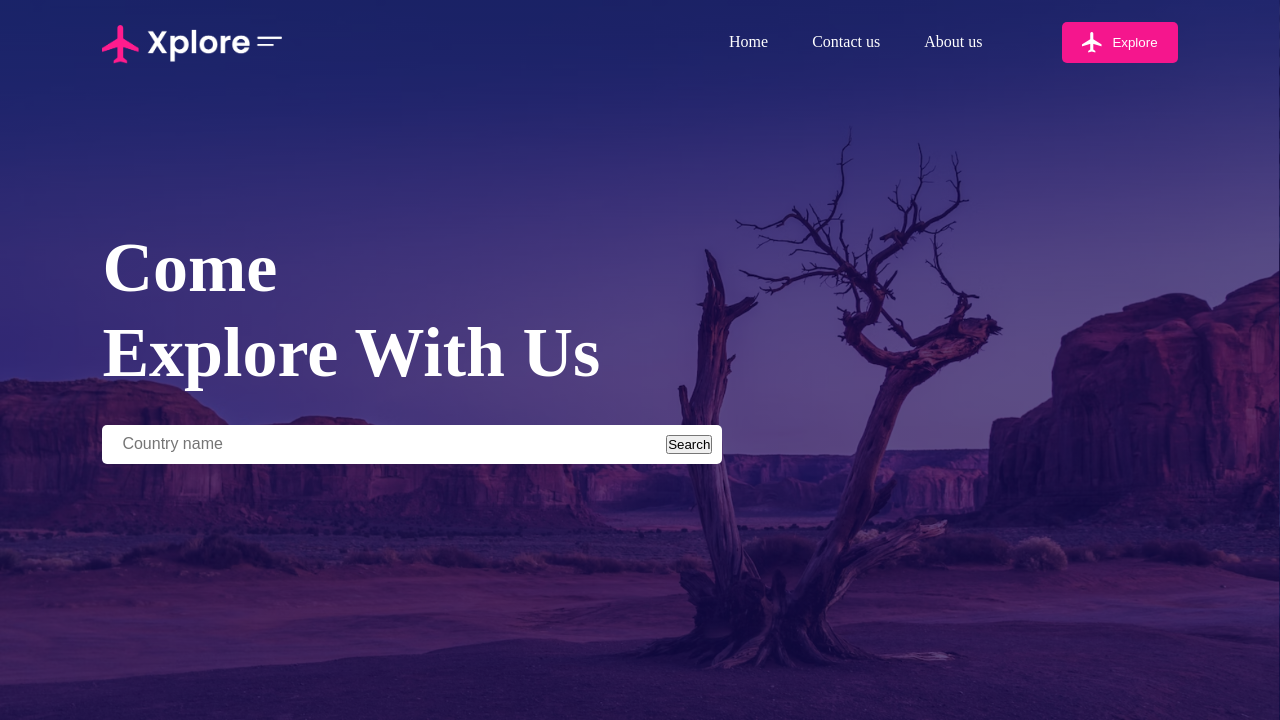
Repository: Aanchal26081/Task-2
Page: index.html
An editor plug-in stored every save of this project. The page is shown before and after the next save, followed by the edit.
The browser window is 1280 px wide. The pictures show the whole page.

Above is the page before, as saved 2024-06-03 10:04:00.

### index.html
<!DOCTYPE html>
<html lang="en">
<head>
    <meta charset="UTF-8">
    <meta name="viewport" content="width=device-width, initial-scale=1.0">
    <title>Document</title>
    <link rel="stylesheet" href="main.css">
</head>
<body>
    <div class="container">
        <nav>
            <img src="images/logo.png" class="logo">
            <ul>
                <li><a href="#">Home</a></li>
                <li><a href="#">Contact us</a></li>
                <li><a href="#">About us</a></li>
            </ul>
            <button class="btn"><img src="images/icon.png">Explore</button>
        </nav>

        <div class="content">
            <h1>Come <br> Explore With Us</h1>
            <form>
                <input type="text" placeholder="Country name">
                <button type="submit" class="btn]">Search</button>
            </form>
        </div>
    </div>
</body>
</html>

### main.css
*{
    margin: 0;
    padding: 0;
    box-sizing: border-box;
}
.container{
    width: 100%;
    min-height: 100vh;
    background-image: linear-gradient(rgba(9,0,77,0.65),rgba(9,0,77,0.65)), url(images/background.png);
    background-size: cover;
    background-position: center;
    padding: 10px 8%;
}
nav{
    width: 100%;
    display: flex;
    align-items: center;
    justify-content: space-between;
    padding: 10px 0;
}
.logo{
    width: 180px;
    cursor: pointer;
}
nav ul{
    list-style: none;
    width: 100%;
    text-align: right;
    padding-right: 60px;
}
nav ul li{
    display: inline-block;
    margin: 10px 20px;
}
nav ul li a{
    color: #fff;
    text-decoration: none;
}
.btn{
    display: flex;
    align-items: center;
    padding: 10px 20px;
    border: 0;
    outline: 0;
    border-radius: 5px;
    background: #f5168d;
    color: #fff;
    font-weight: 500;
    cursor: pointer;
}
.btn img{
    width: 20px;
    margin-right: 10px;
}
.content{
    margin-top: 14%;
    color: #fff;
    max-width: 620px;
}
.content h1{
    font-size: 70px;
    font-weight: 600;
    line-height: 85px;
    margin-bottom: 25px;
}
.content form{
    display: flex;
    align-items: center;
    background: #fff;
    border-radius: 5px;
    padding: 10px;
    margin-top: 30px;
}
.content form input{
    border: 0;
    outline: 0;
    width: 100%;
    font-size: 16px;
    padding-left: 10px;
}

After the next save:
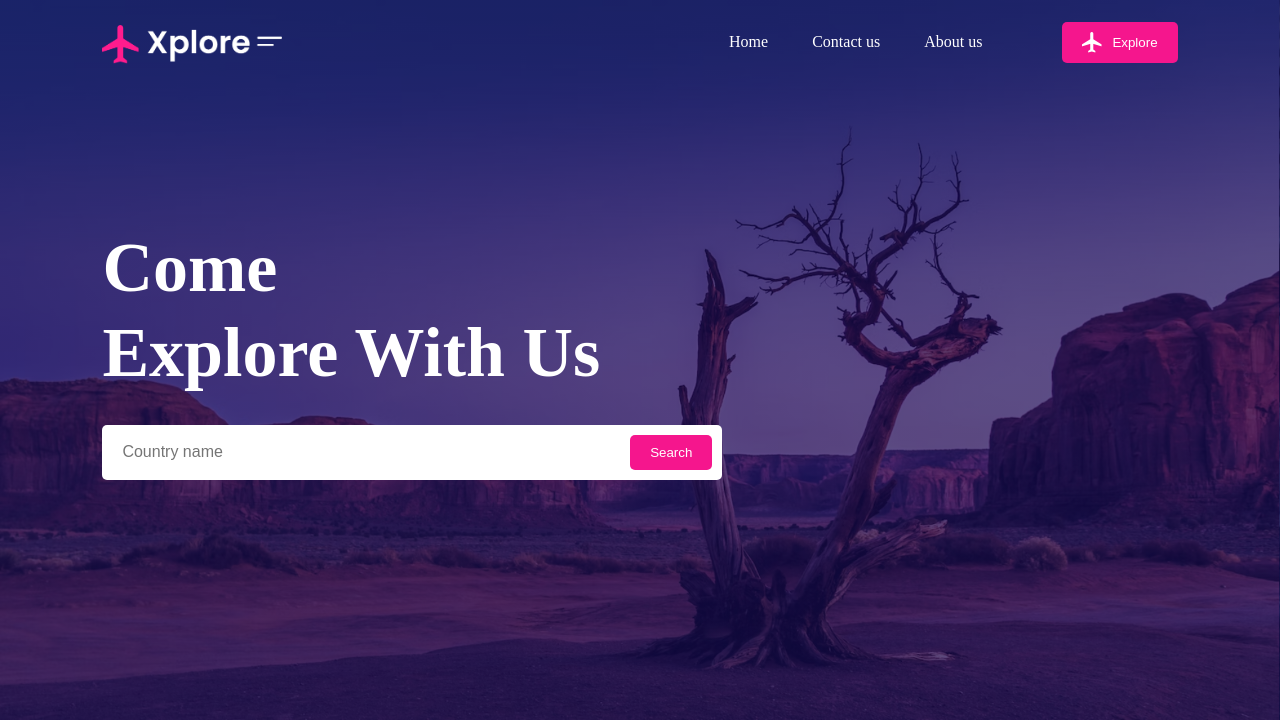
Saved 78 s later.
--- a/index.html
+++ b/index.html
@@ -22,7 +22,7 @@
             <h1>Come <br> Explore With Us</h1>
             <form>
                 <input type="text" placeholder="Country name">
-                <button type="submit" class="btn]">Search</button>
+                <button type="submit" class="btn">Search</button>
             </form>
         </div>
     </div>
